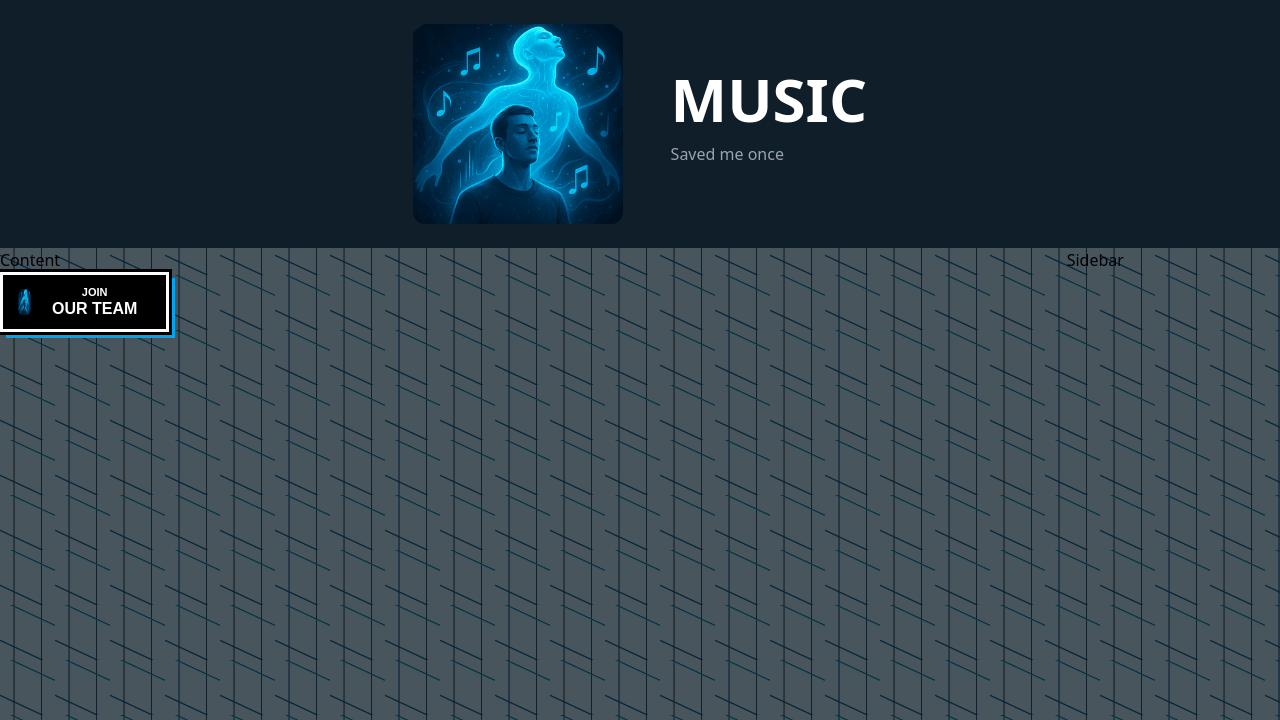
Repository: ItsMe-Pal/something
Page: index.html
The author's editor kept a copy of each file at every save. The page is drawn from the files as they stood at one save, then again after the next save.
The browser window is 1280 px wide. The pictures show the whole page.
The style sheet was rebuilt from its Sass, Less or Tailwind sources for each picture, by a compiler version that may differ from the author's.

Above is the page before, as saved 2025-06-22 19:02:30.

### index.html
<!DOCTYPE html>
<html lang="en">
<head>
    <meta charset="UTF-8">
    <meta name="viewport" content="width=device-width, initial-scale=1.0">
    <title></title>

    <link rel="stylesheet" href="/manifest.json">

    <script src="https://cdn.jsdelivr.net/npm/@tailwindcss/browser@4"></script>
    <script src="https://code.jquery.com/jquery-3.7.1.js" integrity="sha256-eKhayi8LEQwp4NKxN+CfCh+3qOVUtJn3QNZ0TciWLP4=" crossorigin="anonymous"></script>

    <link rel="stylesheet" href="/styles/main.css">
</head>
<body>
    <div id="bg">

    <div class="relative flex gap-[2%] flex-wrap content-start">
        <div class="w-full h-[5%]">


                <header style="background-color: #0f1e29;">
                    <nav class="mx-auto flex max-w-7xl items-center justify-center gap-12 p-6 lg:px-8" aria-label="Global">

                          <img class="h-50 w-auto rounded-xl" src="/imgs/icons/icon-512x512.png" alt="" />



                      <div >
                        <span class="word1">MUSIC</span>
                        <p class="word2">Saved me once</p>
                       </div>
                    </nav>

                  </header>
        </div>
        <div class="grow h-3/4">Content</div>
        <div class="w-1/6 h-3/4">Sidebar</div>
        <div class="w-full h-[5%]">
            <button class="brutalist-button">
                <div class="-logo">
                    <img class="-logo-icon" src="/imgs/icons/icon-512x512.png" alt="">
                </div>
                <div class="button-text">
                    <a href="http://">
                        <span>Join</span>
                        <span>Our team</span>
                    </a>
                </div>
              </button>

        </div>
      </div>

    </div>
    <script src="/src/main.js"></script>




</body>
</html>

### styles/main.scss
@use "./customs.scss";


#bg {
    position: relative;
    width: 100%;
    height: 100vh;
    --color: #001f3fe8;
    background-color: #0f1e2980;
    background-image: linear-gradient(205deg, transparent 24%, var(--color) 25%, #0e7e87 26%, transparent 27%, transparent 74%, rgba(0, 58, 86, 0.9098039216) 75%, var(--color) 76%, transparent 77%, transparent), linear-gradient(90deg, transparent 24%, var(--color) 25%, rgba(27, 26, 17, 0.9098039216) 26%, transparent 27%, transparent 74%, rgba(19, 18, 19, 0.9098039216) 75%, var(--color) 76%, transparent 77%, transparent);
    background-size: 55px 55px;
  }
#bg:before {
    content: "";
    position: absolute;
    left: 0;
    top: 0;
    width: 100%;
    background-color: #0f1e2980;
    height: 100%;
}
  .word1 {
    font-size: 3.75rem;
    line-height: 1;
    font-weight: 700;
    color: #fff
  }
  .word2 {
    margin-top: 0.75rem;
    margin-bottom: 0.75rem;
    line-height: 1.625;
    color: rgba(156, 163, 175, 1);
  }


  /* From Uiverse.io by 0xnihilism */
.brutalist-button {
    display: flex;
    align-items: center;
    cursor: pointer;
    width: 169px;
    height: 60px;
    background-color: #000;
    color: #fff;
    text-decoration: none;
    font-family: Arial, sans-serif;
    font-weight: bold;
    border: 3px solid #fff;
    outline: 3px solid #000;
    box-shadow: 6px 6px 0 #00a4ef;
    transition: all 0.1s ease-out;
    padding: 0 15px;
    box-sizing: border-box;
    position: relative;
    overflow: hidden;
  }

  .brutalist-button::before {
    content: "";
    position: absolute;
    top: 0;
    left: -100%;
    width: 100%;
    height: 100%;
    background: linear-gradient(
      90deg,
      transparent,
      rgba(255, 255, 255, 0.8),
      transparent
    );
    z-index: 1;
    transition: none;
    /* Initially hide the pseudo-element */
    opacity: 0;
  }

  @keyframes slide {
    0% {
      left: -100%;
    }
    100% {
      left: 100%;
    }
  }

  .brutalist-button:hover::before {
    /* Show the pseudo-element on hover */
    opacity: 1;
    animation: slide 2s infinite;
  }

  .brutalist-button:hover {
    transform: translate(-4px, -4px);
    box-shadow: 10px 10px 0 #000;
    background-color: #000;
    color: #fff;
  }

  @keyframes slide {
    0% {
      left: -100%;
    }
    100% {
      left: 100%;
    }
  }

  .brutalist-button:active {
    transform: translate(4px, 4px);
    box-shadow: 0px 0px 0 #00a4ef;
    background-color: #fff;
    color: #000;
    border-color: #000;
  }

  /* Rest of the CSS remains the same */

  .-logo {
    display: grid;
    grid-template-columns: repeat(2, 1fr);
    gap: 1px;
    width: 26px;
    height: 26px;
    margin-right: 8px;
    flex-shrink: 0;
    transition: transform 0.2s ease-out;
    position: relative;
    z-index: 1;
  }

  .brutalist-button:hover .-logo {
    transform: rotate(-10deg) scale(1.1);
  }

  .brutalist-button:active .-logo {
    transform: rotate(10deg) scale(0.9);
  }

  .-logo-icon {
    border-radius: 30%;
    width: 100%;
    height: 100%;
  }


  .button-text {
    display: flex;
    flex-direction: column;
    line-height: 1.2;
    transition: transform 0.2s ease-out;
    position: relative;
    z-index: 1;
  }

  .brutalist-button:hover .button-text {
    transform: skew(-5deg);
  }

  .brutalist-button:active .button-text {
    transform: skew(5deg);
  }

  .button-text span:first-child {
    font-size: 11px;
    text-transform: uppercase;
    display: block;
  }

  .button-text span:last-child {
    font-size: 16px;
    text-transform: uppercase;
  }

Loaded but not shown: manifest.json (58 lines, source omitted); src/main.js (6 lines, source omitted); styles/customs.scss (846 lines, source omitted)

After the next save:
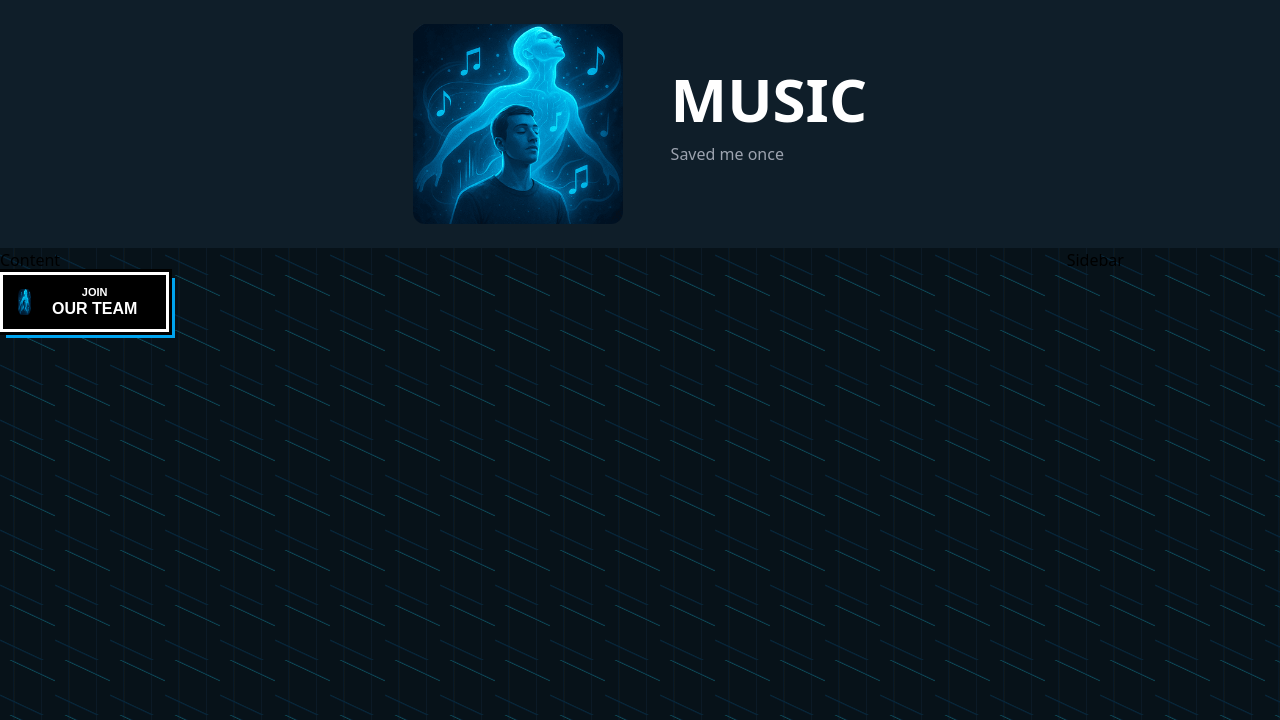
Saved 3 min 9 s later.
--- a/styles/main.scss
+++ b/styles/main.scss
@@ -6,7 +6,7 @@
     width: 100%;
     height: 100vh;
     --color: #001f3fe8;
-    background-color: #0f1e2980;
+    background-color: rgb(1 6 10);
     background-image: linear-gradient(205deg, transparent 24%, var(--color) 25%, #0e7e87 26%, transparent 27%, transparent 74%, rgba(0, 58, 86, 0.9098039216) 75%, var(--color) 76%, transparent 77%, transparent), linear-gradient(90deg, transparent 24%, var(--color) 25%, rgba(27, 26, 17, 0.9098039216) 26%, transparent 27%, transparent 74%, rgba(19, 18, 19, 0.9098039216) 75%, var(--color) 76%, transparent 77%, transparent);
     background-size: 55px 55px;
   }
